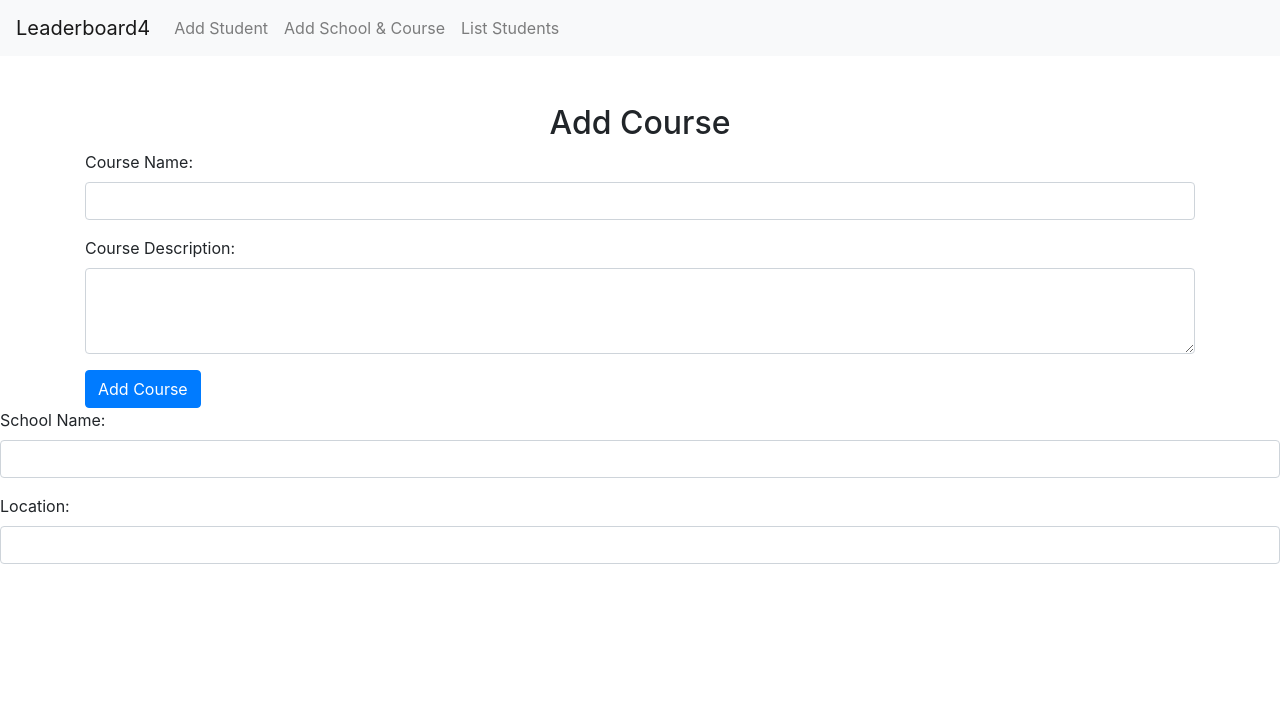
Repository: bigbodhiacademy/gBoard
Page: http://localhost/add_school_course.php
These files come from the project's save history. The page is drawn as it stood at one moment and after the next save; the edit follows.
The browser window is 1280 px wide. The pictures show the whole page.
The page is run by PHP 8.4 with error messages shown; the project is at /var/www/html/.

Above is the page before, as saved 2023-04-20 17:04:54.

After the next save:
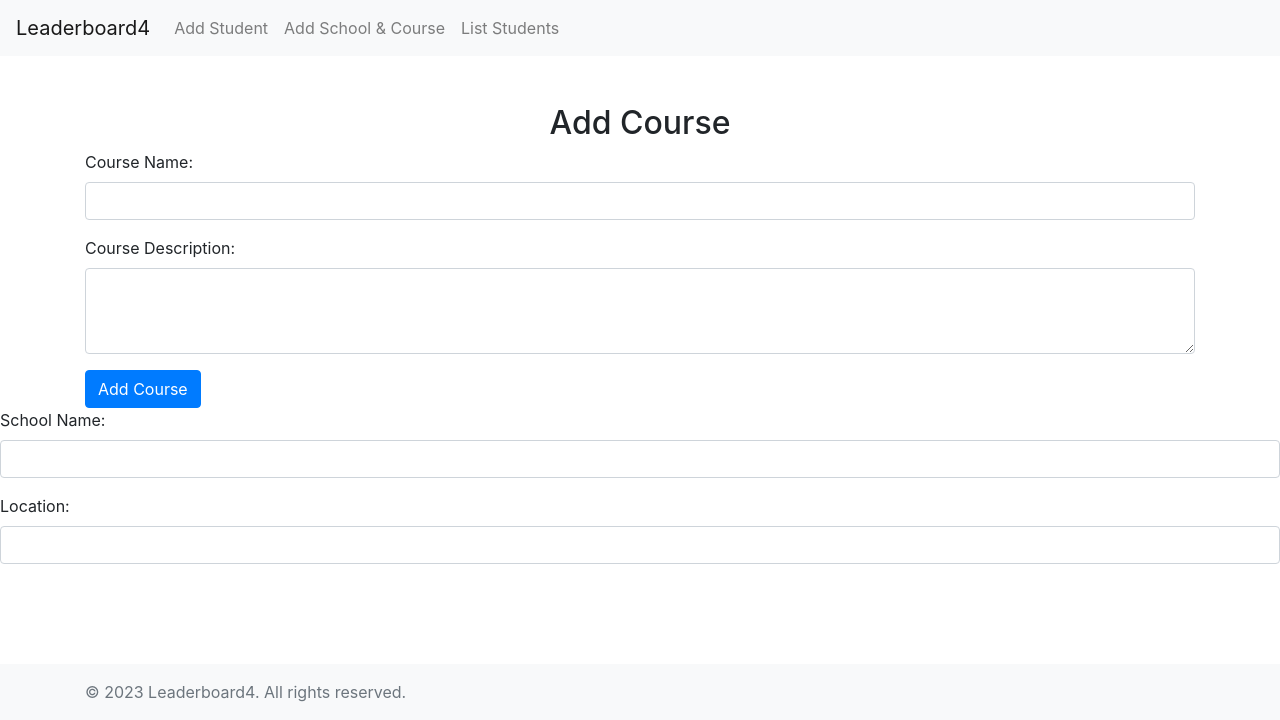
Saved 15 s later.
--- a/add_school_course.php
+++ b/add_school_course.php
@@ -28,3 +28,7 @@ include 'header.php';
     <label for="location">Location:</label>
     <input type="text" class="form-control" name="location" id="location" required>
 </div>
+
+<?php
+include 'footer.php';
+?>
